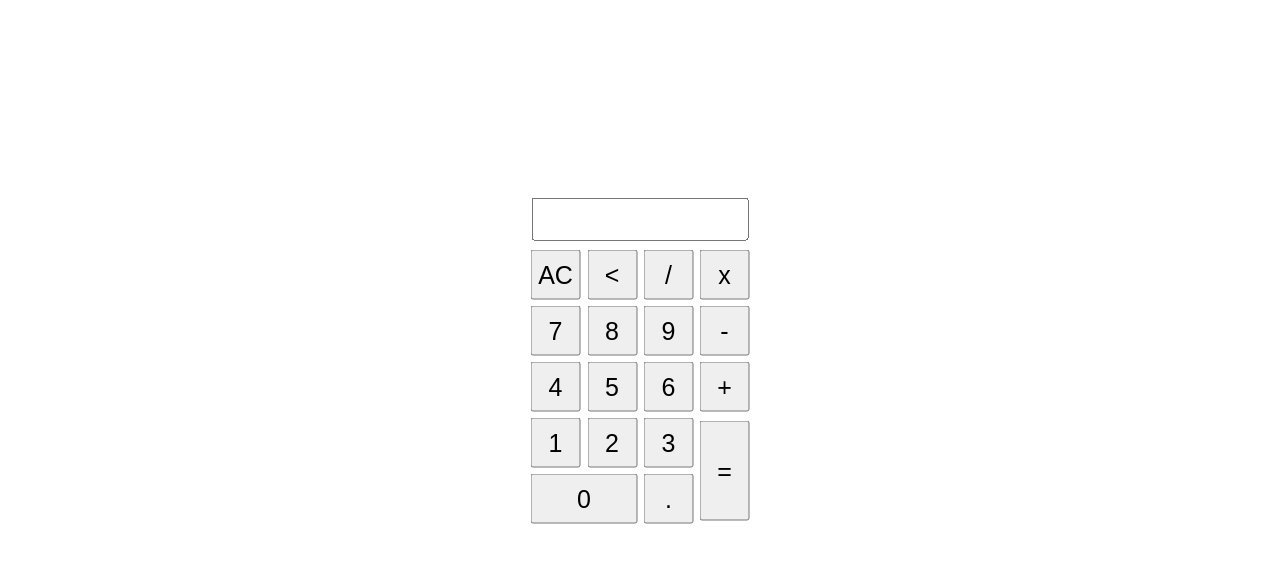
Repository: lacey-crenshaw/calculator
Page: index.html
An editor plug-in stored every save of this project. The page is shown before and after the next save, followed by the edit.
The browser window is 1280 px wide. The pictures show the whole page.

Above is the page before, as saved 2020-02-14 09:58:52.

### index.html
<html>

<head>
    <link rel="stylesheet" href="style.css">
    <script>
        function insert(num) {
            document.form.textview.value = document.form.textview.value + num
        }

        function equal() {
            let exp = document.form.textview.value;
            if (exp) {
                document.form.textview.value = eval(exp)
            }
        }

        function ac() {
            document.form.textview.value = "";
        }

        function back() {
            let exp = document.form.textview.value;
            document.form.textview.value = exp.substring(0, exp.length - 1);
        }
    </script>
</head>

<body>
    <div class="main">
        <form name="form">
            <input class="textview" name="textview">
        </form>
        <table>
            <tr>
                <td><input class="button" type="button" value="AC" onclick="ac()"> </td>
                <td><input class="button" type="button" value="<" onclick="back()"> </td>
                <td><input class="button" type="button" value="/" onclick="insert('/')"> </td>
                <td><input class="button" type="button" value="x" onclick="insert('*')"> </td>
            </tr>
            <tr>
                <td><input class="button" type="button" value="7" onclick="insert(7)"></td>
                <td><input class="button" type="button" value="8" onclick="insert(8)"> </td>
                <td><input class="button" type="button" value="9" onclick="insert(9)"> </td>
                <td><input class="button" type="button" value="-" onclick="insert('-')"> </td>
            </tr>
            <tr>
                <td><input class="button" type="button" value="4" onclick="insert(4)"> </td>
                <td><input class="button" type="button" value="5" onclick="insert(5)"> </td>
                <td><input class="button" type="button" value="6" onclick="insert(6)"> </td>
                <td><input class="button" type="button" value="+" onclick="insert('+')"> </td>
            </tr>
            <tr>
                <td><input class="button" type="button" value="1" onclick="insert(1)"> </td>
                <td><input class="button" type="button" value="2" onclick="insert(2)"> </td>
                <td><input class="button" type="button" value="3" onclick="insert(3)"> </td>
                <td rowspan="5"><input class="button" id="eq" type="button" value="=" onclick="equal()"></td>
            </tr>
            <tr>
                <td colspan="2"><input class="button" id="zero" type="button" value="0" onclick="insert(0)">
                </td>
                <td><input class="button" type="button" value="." onclick="insert('.')"> </td>
            </tr>
        </table>
    </div>
</body>

</html>

### style.css
*{
    margin:0;
    padding:0;
}

.button {
    width: 50;
    height: 50;
    font-size: 25;
    margin: 2;
    cursor: pointer;
}

.textview {
    width: 217;
    margin: 5;
    font-size: 25;
    padding: 5;
}

.main {
    position: absolute;
    top: 50%;
    left: 50%;
    transform: translateX(-50%) translateY(-50%);
}

#zero {
    width: 107;
}

#eq {
    height: 100;
}

After the next save:
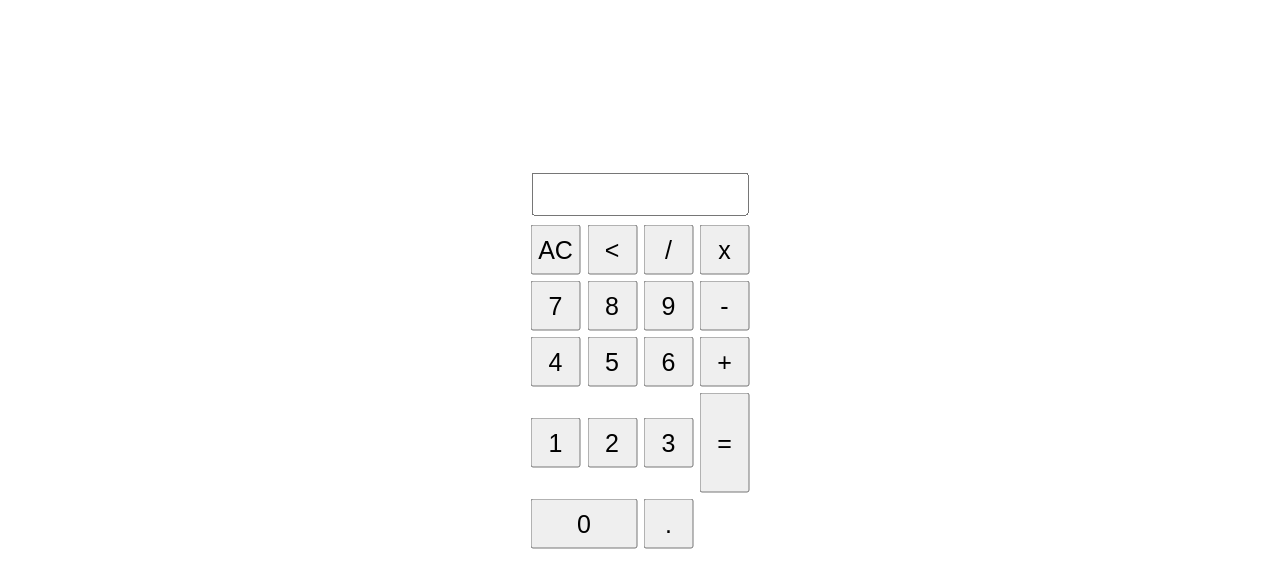
Saved 7 s later.
--- a/index.html
+++ b/index.html
@@ -53,7 +53,7 @@
                 <td><input class="button" type="button" value="1" onclick="insert(1)"> </td>
                 <td><input class="button" type="button" value="2" onclick="insert(2)"> </td>
                 <td><input class="button" type="button" value="3" onclick="insert(3)"> </td>
-                <td rowspan="5"><input class="button" id="eq" type="button" value="=" onclick="equal()"></td>
+                <td><input class="button" id="eq" type="button" value="=" onclick="equal()"></td>
             </tr>
             <tr>
                 <td colspan="2"><input class="button" id="zero" type="button" value="0" onclick="insert(0)">
